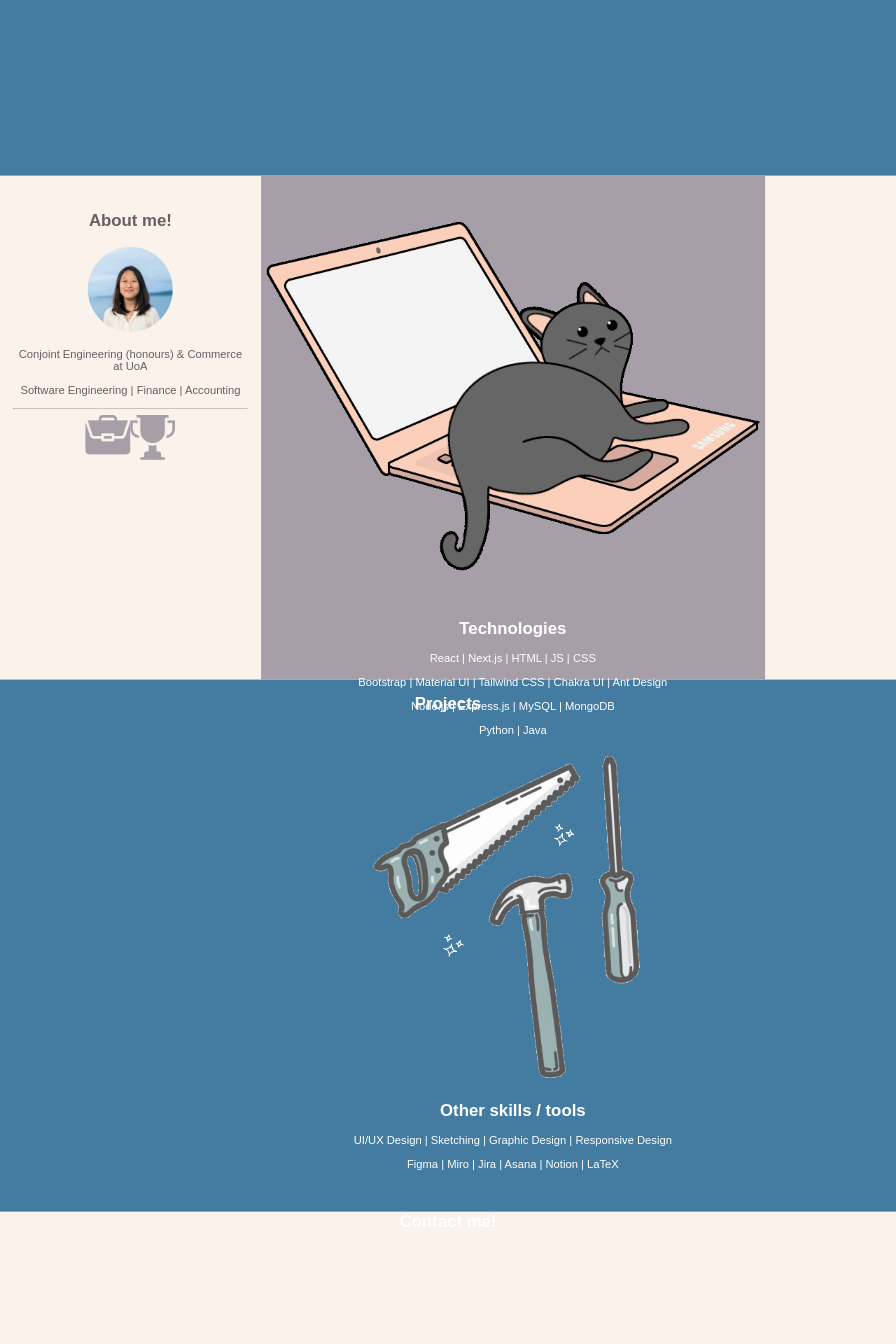
Repository: lukisoo/lukisoo-portfolio
Page: /
These files come from the project's save history. The page is drawn as it stood at one moment and after the next save; the edit follows.
The browser window is 1280 px wide. The pictures show the part of the page from y = 577 to 2497 px (the page is 3028 px tall), at 70% of full size.
The project was rebuilt for these pictures with package versions that can differ from the ones it lists, and the page was loaded fresh each time.

Above is the page before, as saved 2022-07-31 07:26:06.

### public/index.html
<!DOCTYPE html>
<html lang="en">
  <head>
    <meta charset="utf-8" />
    <link rel="icon" href="%PUBLIC_URL%/favicon.ico" />
    <meta name="viewport" content="width=device-width, initial-scale=1" />
    <meta name="theme-color" content="#000000" />
    <meta
      name="description"
      content="Web site created using create-react-app"
    />
    <link rel="apple-touch-icon" href="%PUBLIC_URL%/logo192.png" />
    <!--
      manifest.json provides metadata used when your web app is installed on a
      user's mobile device or desktop. See https://developers.google.com/web/fundamentals/web-app-manifest/
    -->
    <link rel="manifest" href="%PUBLIC_URL%/manifest.json" />
    <!--
      Notice the use of %PUBLIC_URL% in the tags above.
      It will be replaced with the URL of the `public` folder during the build.
      Only files inside the `public` folder can be referenced from the HTML.

      Unlike "/favicon.ico" or "favicon.ico", "%PUBLIC_URL%/favicon.ico" will
      work correctly both with client-side routing and a non-root public URL.
      Learn how to configure a non-root public URL by running `npm run build`.
    -->
    <title>Lucy Zhu's Portfolio</title>
  </head>
  <body>
    <noscript>You need to enable JavaScript to run this app.</noscript>
    <div id="root"></div>
    <!--
      This HTML file is a template.
      If you open it directly in the browser, you will see an empty page.

      You can add webfonts, meta tags, or analytics to this file.
      The build step will place the bundled scripts into the <body> tag.

      To begin the development, run `npm start` or `yarn start`.
      To create a production bundle, use `npm run build` or `yarn build`.
    -->
  </body>
</html>

### src/index.js
import React from "react";
import {
  BrowserRouter as Router,
  Route,
  BrowserRouter,
} from "react-router-dom";
import ReactDOM from "react-dom/client";
import "./index.css";
import App from "./App";
import reportWebVitals from "./reportWebVitals";

const root = ReactDOM.createRoot(document.getElementById("root"));
root.render(
  <React.StrictMode>
    <BrowserRouter>
        <App />
    </BrowserRouter>
  </React.StrictMode>
);

// If you want to start measuring performance in your app, pass a function
// to log results (for example: reportWebVitals(console.log))
// or send to an analytics endpoint. Learn more: https://bit.ly/CRA-vitals
reportWebVitals();

### src/index.css
@import url('https://fonts.googleapis.com/css2?family=Source+Sans+Pro:ital,wght@0,200;0,300;0,400;0,600;0,700;0,900;1,200;1,300;1,400;1,600;1,700;1,900&display=swap');

body {
  margin: 0;
  /* font-family: -apple-system, BlinkMacSystemFont, 'Segoe UI', 'Roboto', 'Oxygen',
    'Ubuntu', 'Cantarell', 'Fira Sans', 'Droid Sans', 'Helvetica Neue',
    sans-serif; */
    font-family: arial;
  -webkit-font-smoothing: antialiased;
  -moz-osx-font-smoothing: grayscale;
  background-color: #447BA1;
  color: white;
  /* font-family: 'Source Sans Pro', sans-serif; */
  overflow-x: hidden;
}

code {
  font-family: source-code-pro, Menlo, Monaco, Consolas, 'Courier New',
    monospace;
}

a {
  text-decoration: none;
}

### src/App.js
import "./App.css";

import { Link } from "react-router-dom";
import Grid from "@mui/material/Grid";

import ProfilePhoto from "./images/header/profile-photo.png";
import LinkedinLogo from "./images/header/linkedin-logo.png";
import GithubLogo from "./images/header/github-logo.png";
import ExperienceLogo from "./images/about-me/experience.png";
import AchievementsLogo from "./images/about-me/achievements.png";

import Laptop from "./images/about-me/laptop.gif";
import Tools from "./images/about-me/tools.gif";

function App() {
  return (
    <div className="App">
      <header className="full-section">
        <div className="header-content">
          <Grid container spacing={3}>
            <Grid item xs={12} md={12}>
              <img
                src={ProfilePhoto}
                className="profile-photo"
                alt="Profile Photo"
              />
            </Grid>
            <Grid item xs={12} md={12}>
              <h2>Hey there, I'm Lucy Zhu. I'm a capricorn.</h2>
            </Grid>
            <Grid item xs={12} md={12}>
              <a href="https://www.linkedin.com/in/lucyzhu613/">
                {" "}
                <img
                  src={LinkedinLogo}
                  className="social-logo"
                  alt="Linkedin Logo"
                />
              </a>
              <a href="https://github.com/lukisoo">
                <img
                  src={GithubLogo}
                  className="social-logo"
                  alt="Github Logo"
                />
              </a>
            </Grid>
            <Grid item xs={12} md={12}>
              <hr className="header-divider" />
            </Grid>
            <Grid item xs={12} md={4}>
              <a href="#about-me-section">
                <div className="box-1">
                  <div className="btn btn-one">
                    <span>ABOUT ME</span>
                  </div>
                </div>
              </a>
            </Grid>
            <Grid item xs={12} md={4}>
              <a href="#projects-section">
                <div className="box-1">
                  <div className="btn btn-one">
                    <span>PROJECTS</span>
                  </div>
                </div>
              </a>
            </Grid>
            <Grid item xs={12} md={4}>
              <a href="#contact-section">
                <div className="box-1">
                  <div className="btn btn-one">
                    <span>CONTACT</span>
                  </div>
                </div>
              </a>
            </Grid>
          </Grid>
        </div>
      </header>

      <section id="about-me-section" className="full-section">
        <div className="about-me-content">
          <Grid container spacing={0}>
            <Grid item xs={12} md={4}>
              <div className="about-me-left">
                <div className="details-content">
                  <h1>About me!</h1>
                  <img
                    src={ProfilePhoto}
                    className="profile-photo"
                    alt="Profile Photo"
                  />
                  <p>Conjoint Engineering (honours) & Commerce at UoA</p>
                  <p>Software Engineering | Finance | Accounting</p>
                  <hr/>
                  <img
                    src={ExperienceLogo}
                    className=""
                    alt="Experience Logo"
                  />
                  <img
                    src={AchievementsLogo}
                    className=""
                    alt="Achievements Logo"
                  />
                </div>
              </div>
            </Grid>
            <Grid item xs={12} md={8}>
              <div className="about-me-right">
                <div className="skills-content">
                  <img src={Laptop} className="skill-gifs" alt="Laptop" />
                  <h2>Technologies</h2>
                  <p>React | Next.js | HTML | JS | CSS</p>
                  <p>
                    Bootstrap | Material UI | Tailwind CSS | Chakra UI | Ant
                    Design
                  </p>
                  <p>Node.js | Express.js | MySQL | MongoDB</p>
                  <p>Python | Java</p>
                  <img src={Tools} className="skill-gifs" alt="Tools" />
                  <h2>Other skills / tools</h2>
                  <p>
                    UI/UX Design | Sketching | Graphic Design | Responsive
                    Design
                  </p>
                  <p>Figma | Miro | Jira | Asana | Notion | LaTeX</p>
                </div>
              </div>
            </Grid>
          </Grid>
        </div>
      </section>

      <section id="projects-section" className="full-section">
        <div>
        <h1>Projects</h1>
          <Grid container spacing={2}>
            <Grid item xs={6} md={8}></Grid>
            <Grid item xs={6} md={4}></Grid>
            <Grid item xs={6} md={4}></Grid>
            <Grid item xs={6} md={8}></Grid>
          </Grid>
        </div>
      </section>

      <section id="contact-section" className="full-section">
        <div>
          <h1>Contact me!</h1>
          <Grid container spacing={2}>
            <Grid item xs={6} md={8}></Grid>
            <Grid item xs={6} md={4}></Grid>
            <Grid item xs={6} md={4}></Grid>
            <Grid item xs={6} md={8}></Grid>
          </Grid>
        </div>
      </section>
    </div>
  );
}

export default App;

### src/App.css
.App {
  text-align: center;
  margin: 0;
}

/* Section Content */
.full-section {
  height: 100vh;
  width: 100vw;
}

/* Buttons */
.box-1 {
  /* background-color: hsl(0, 100%, 70%);  */
  width: 250px;
  margin: auto;
}

.btn {
	line-height: 50px;
	height: 50px;
	text-align: center;
	width: 250px;
	cursor: pointer;
}

.btn-one {
	color: #FFF;
	transition: all 0.3s;
	position: relative;
}
.btn-one span {
	transition: all 0.3s;
}
.btn-one::before {
	content: '';
	position: absolute;
	bottom: 0;
	left: 0;
	width: 100%;
	height: 100%;
	z-index: 1;
	opacity: 0;
	transition: all 0.3s;
	border-top-width: 1px;
	border-bottom-width: 1px;
	border-top-style: solid;
	border-bottom-style: solid;
	border-top-color: rgba(255,255,255,0.5);
	border-bottom-color: rgba(255,255,255,0.5);
	transform: scale(0.1, 1);
}
.btn-one:hover span {
	letter-spacing: 2px;
}
.btn-one:hover::before {
	opacity: 1;
	transform: scale(1, 1);
}
.btn-one::after {
	content: '';
	position: absolute;
	bottom: 0;
	left: 0;
	width: 100%;
	height: 100%;
	z-index: 1;
	transition: all 0.3s;
	background-color: rgba(255,255,255,0.1);
}
.btn-one:hover::after {
	opacity: 0;
	transform: scale(0.1, 1);
}

/* Header CSS */
.header-content {
  width: 60vw;
  height: 70vh;
  margin: 0 auto 0 auto;
  margin-top: 15vh;
  /* background-color: red; */
}

.header-divider {
  color: white;
  border-width: 2px;
}

.profile-photo {
  width: 10vw;
  height: auto;
}

.social-logo {
  width: 40px;
  height: auto;
  padding: 0 1% 0 1%;
}

.social-logo:hover {
  opacity: 0.8;
  cursor: pointer;
}

/* About Me CSS */
#about-me-section {
  background-color: #FBF2EB;
}

.about-me-content {
  height: 100vh;
  width: 100vw;
}

.about-me-left {

}

.details-content {
  padding: 8% 5% 8% 5%;
  color: #646064;
}

.about-me-right {
  background-color: #A79FA7;
  height: 100vh;

}

.skills-content {
  padding: 5% 0 5% 0;
}

/* Projects CSS */

/* Contact CSS */

#contact-section {
  background-color: #FBF2EB;
}

Loaded but not shown: src/reportWebVitals.js (common file)

After the next save:
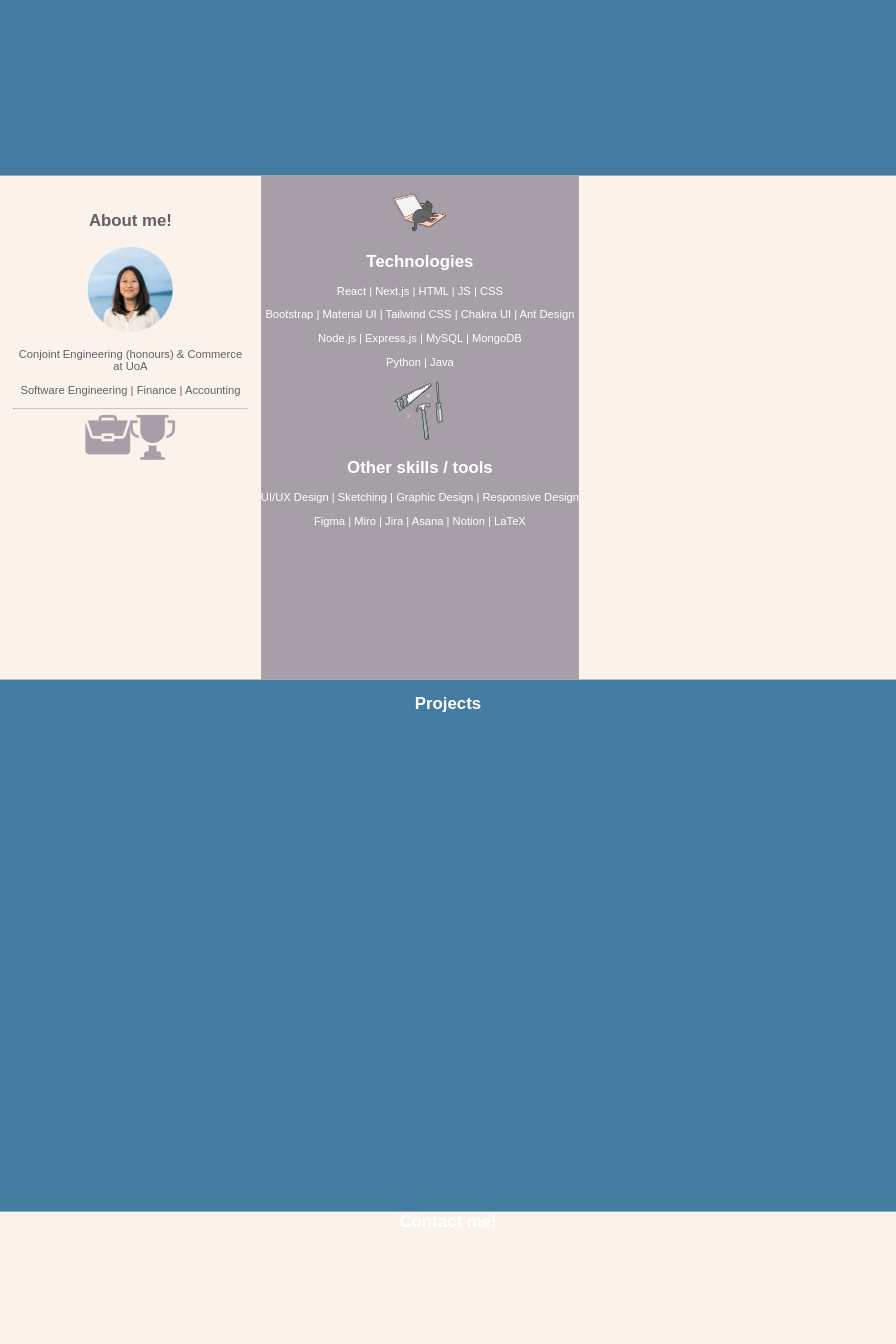
Saved 18 s later.
--- a/src/App.css
+++ b/src/App.css
@@ -132,6 +132,10 @@
   padding: 5% 0 5% 0;
 }
 
+.skill-gifs {
+  width: 6vw;
+}
+
 /* Projects CSS */
 
 /* Contact CSS */

After the 2 saves that followed:
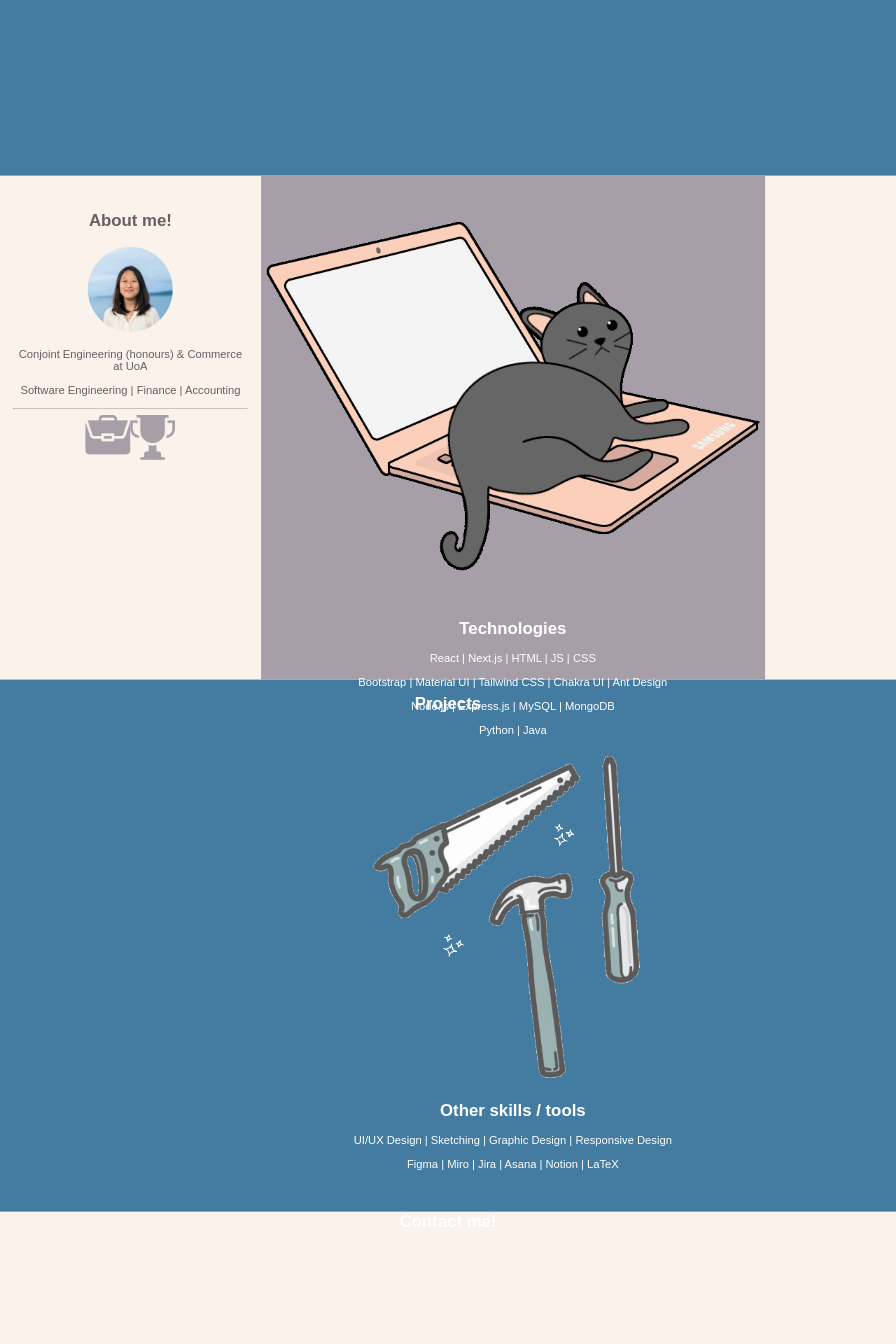
The 2 saves are shown as one change because they came seconds apart.
The last was saved 27 s later.
--- a/src/App.css
+++ b/src/App.css
@@ -132,8 +132,12 @@
   padding: 5% 0 5% 0;
 }
 
-.skill-gifs {
-  width: 6vw;
+.laptop-gif {
+  width: 8vw;
+}
+
+.tools-gif {
+
 }
 
 /* Projects CSS */
